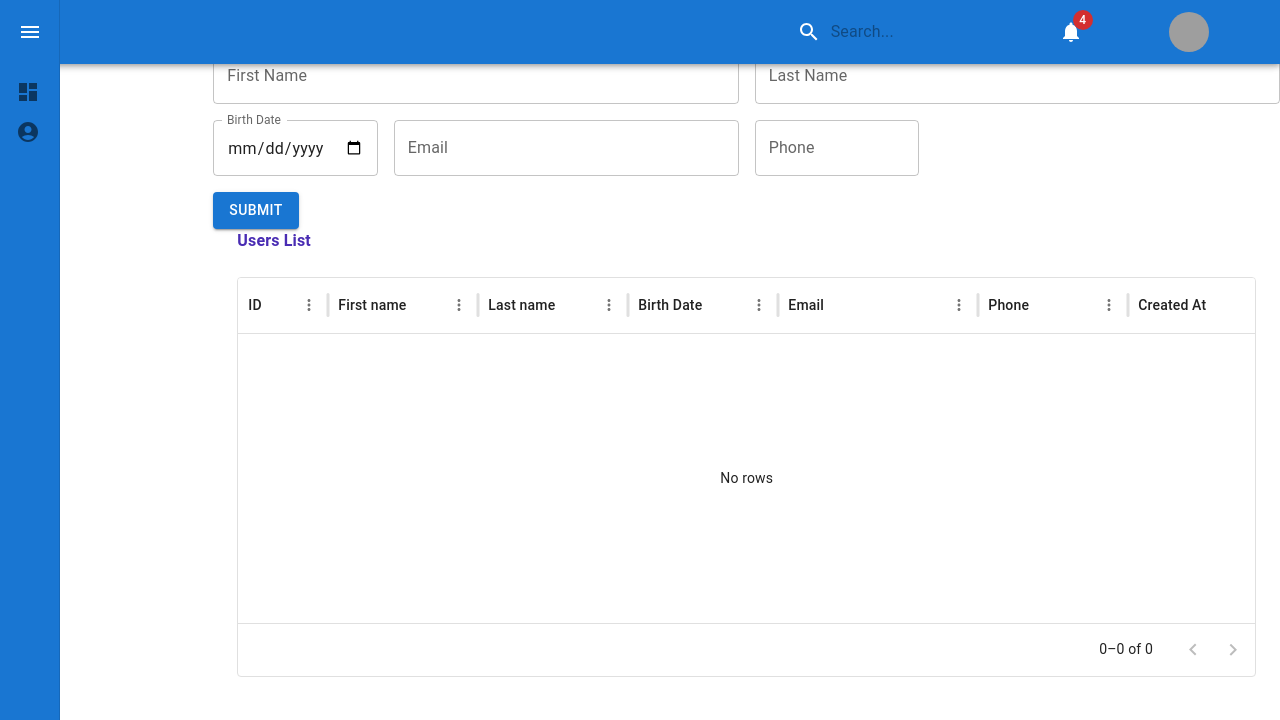
Repository: lenx0/front-client-manager
Page: /
The author's editor kept a copy of each file at every save. The page is drawn from the files as they stood at one save, then again after the next save.
The browser window is 1280 px wide. The pictures show the whole page.
Pictures or frames that could not be fetched are drawn as grey boxes. The page's requests for data from a server got no answer. The project was rebuilt for these pictures with package versions that can differ from the ones it lists, and the page was loaded fresh each time. No one was signed in, and anything a server would have sent is missing. Also part of the build but not shown: vite.config.js, src/App.css.

Above is the page before, as saved 2024-06-25 13:20:27.

After the next save:
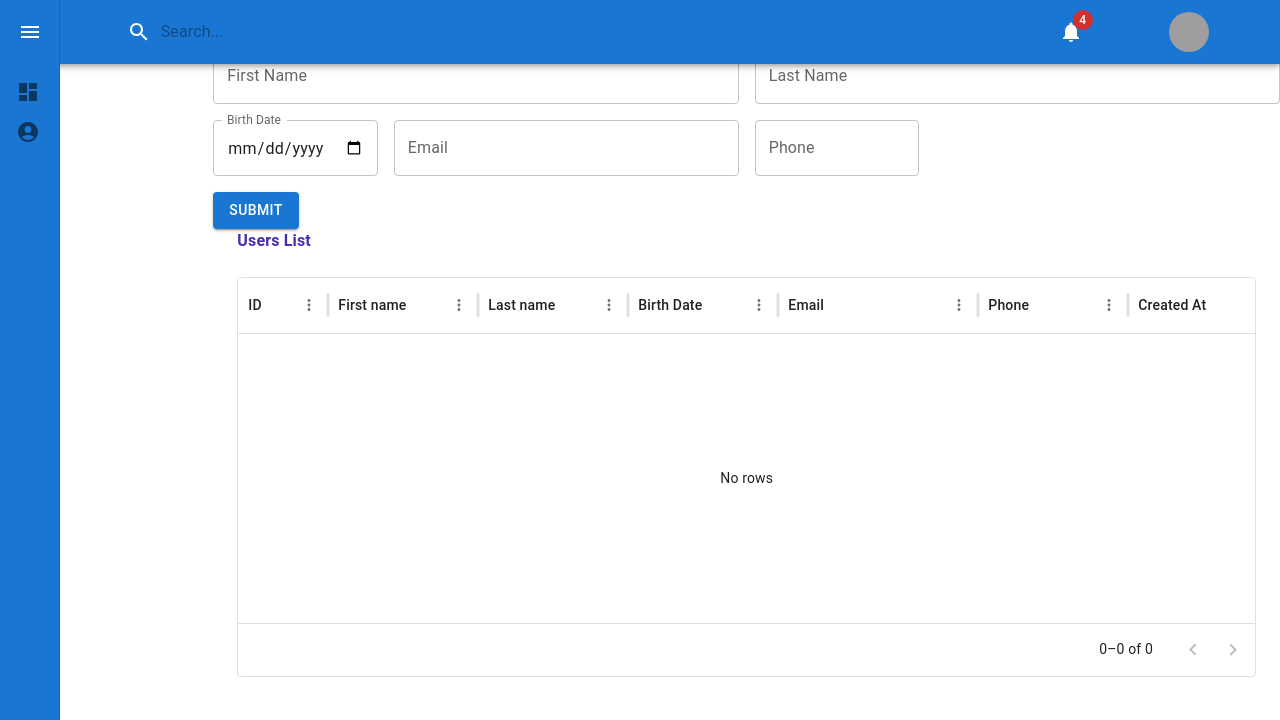
Saved 5 s later.
--- a/src/components/Layout/Header.jsx
+++ b/src/components/Layout/Header.jsx
@@ -19,14 +19,12 @@
                     </Grid>
                     <Grid item xs={9}>
                         <Box display="flex" justifyContent="end" alignItems="center">
-                            <div style={{ display: 'flex', alignItems: 'center' }}>
                                 <SearchIcon style={{ marginRight: '10px' }} />
                                 <InputBase
                                     placeholder="Search..."
                                     inputProps={{ 'aria-label': 'search' }}
                                     fullWidth
                                 />
-                            </div>
                         </Box>
 
                     </Grid>

After the save that followed:
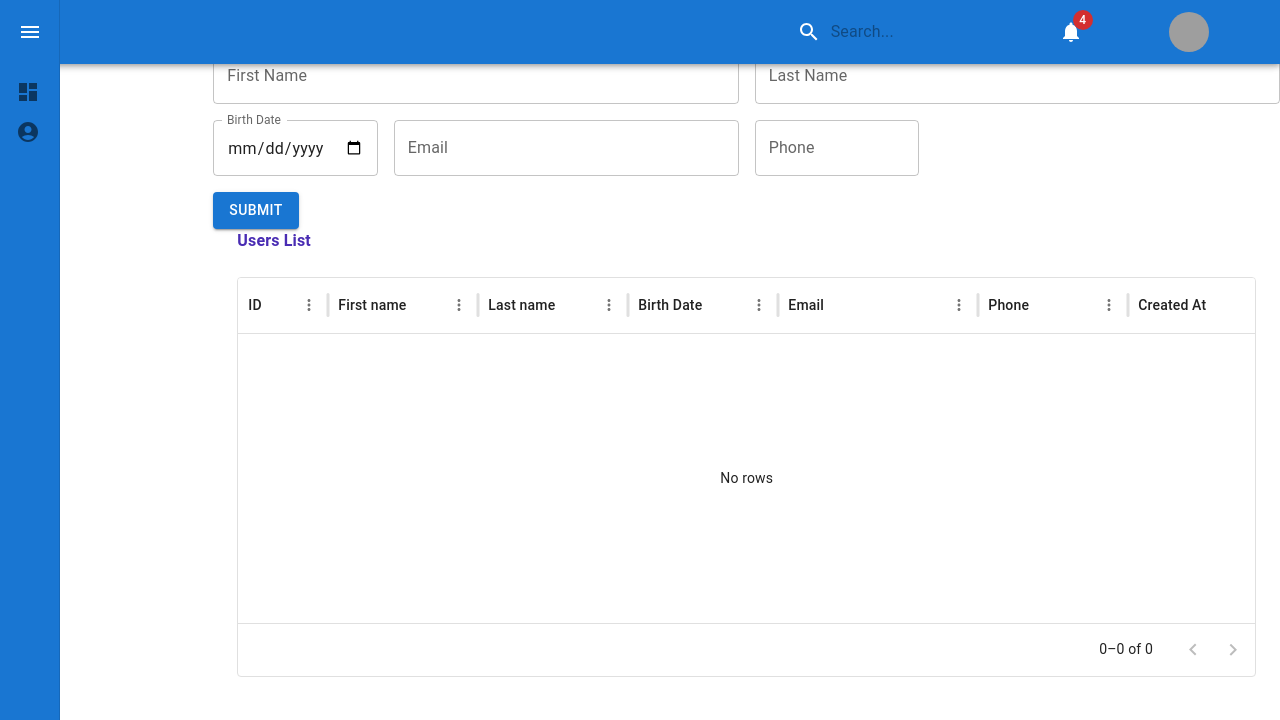
Saved 6 s later.
--- a/src/components/Layout/Header.jsx
+++ b/src/components/Layout/Header.jsx
@@ -19,12 +19,14 @@
                     </Grid>
                     <Grid item xs={9}>
                         <Box display="flex" justifyContent="end" alignItems="center">
+                            <div style={{ display: 'flex', alignItems: 'center' }}>
                                 <SearchIcon style={{ marginRight: '10px' }} />
                                 <InputBase
                                     placeholder="Search..."
                                     inputProps={{ 'aria-label': 'search' }}
                                     fullWidth
                                 />
+                            </div>
                         </Box>
 
                     </Grid>
